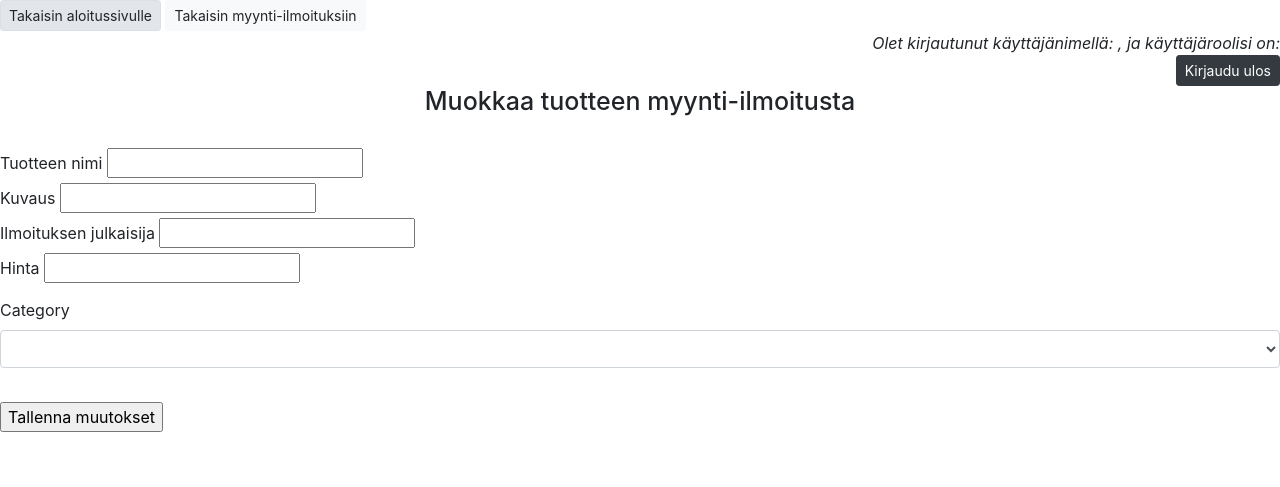
Repository: LiljestromNadja/Backend_s2023_harjoitustyo
Page: http://localhost/editArticle
The author's editor kept a copy of each file at every save. The page is drawn from the files as they stood at one save, then again after the next save.
The browser window is 1280 px wide. The pictures show the whole page.
The page is this project's Thymeleaf template; nobody is signed in. The template is opened directly, without the code that normally fills it, so the values that code supplies are empty.

Above is the page before, as saved 2023-11-10 16:41:30.

After the next save:
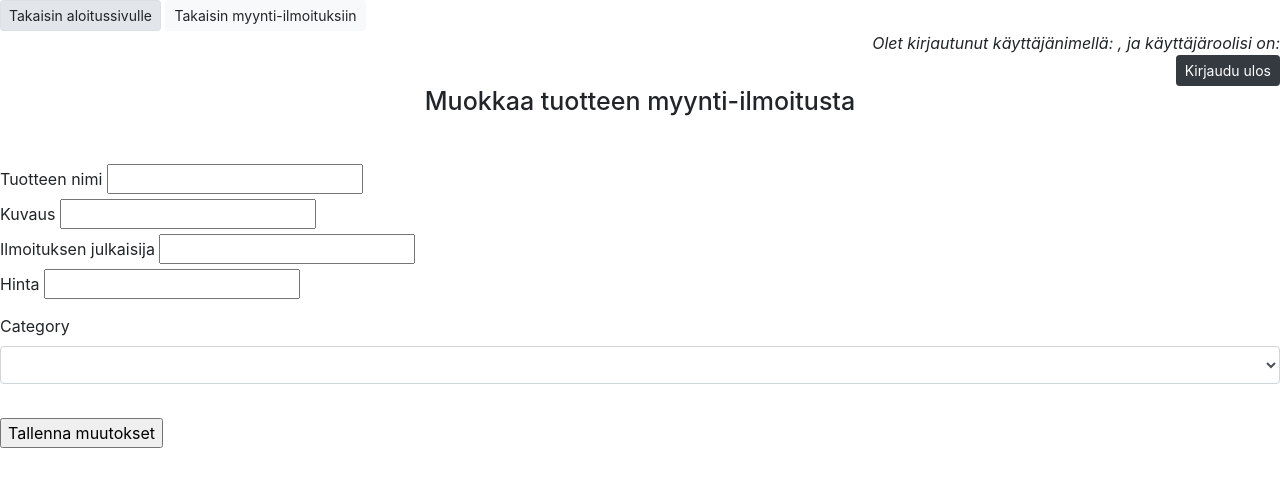
Saved 31 s later.
--- a/harkkas23v01/src/main/resources/templates/editArticle.html
+++ b/harkkas23v01/src/main/resources/templates/editArticle.html
@@ -21,7 +21,8 @@
 		</div>
 
 		<h1 style="text-align: center;font-size: 25px"> Muokkaa tuotteen myynti-ilmoitusta</h1>
-		</br>
+
+		<div style="clear: both; display: block; height: 40px;"></div>
 		<div>
 		<form th:object="${article}" th:action="@{../save}" action="#" method="post"> <!-- Tässä menee @{/save} -->
 
